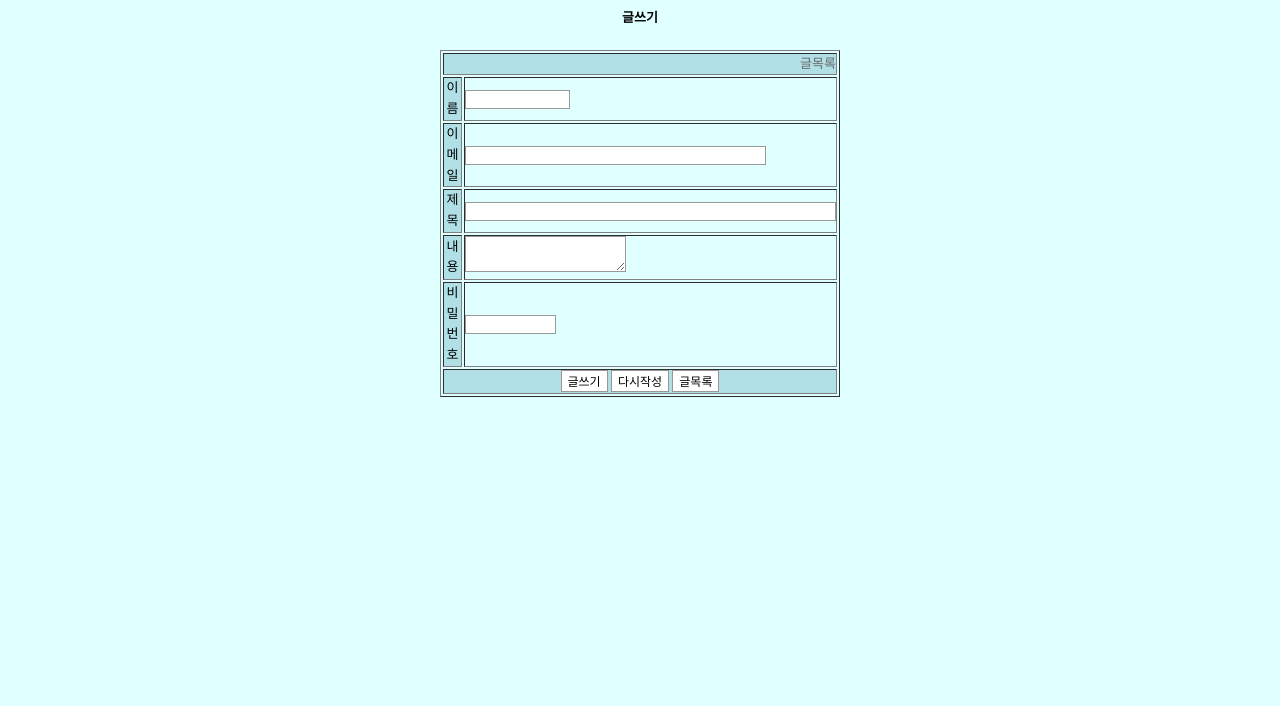
Repository: kr1124/jsp
Page: http://localhost/ServletProject/board/writeForm.jsp
An editor plug-in stored every save of this project. The page is shown before and after the next save, followed by the edit.
The browser window is 1280 px wide. The pictures show the whole page.
The page is served by Tomcat 9.

Above is the page before, as saved 2024-12-10 02:12:33.

After the next save:
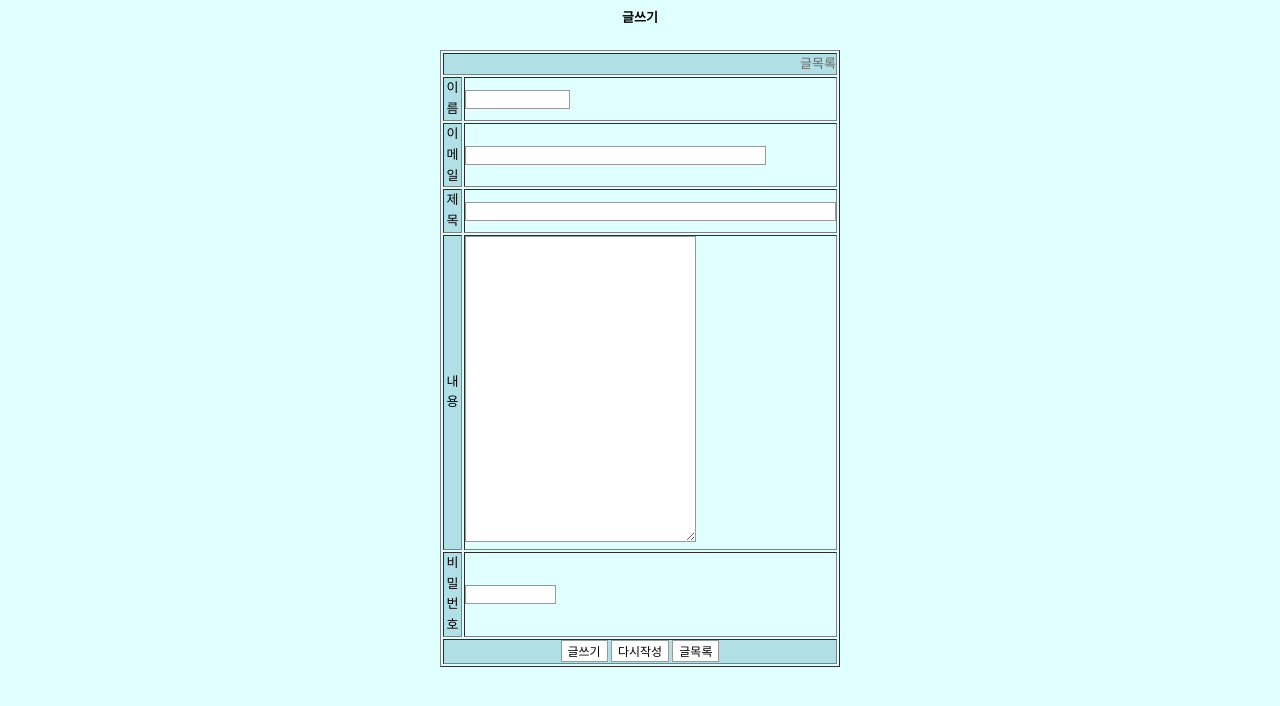
Saved 6 min 16 s later.
--- a/ServletProject/src/main/webapp/board/writeForm.jsp
+++ b/ServletProject/src/main/webapp/board/writeForm.jsp
@@ -42,7 +42,7 @@
 			<tr>
 				<td width="70" bgcolor="<%=value_c%>" align="center">내용</td>
 				<td widhh="330">
-					<textarea name="content" id="" height="200"></textarea>
+					<textarea name="content" id="" cols="30" rows="20"></textarea>
 				</td>
 			</tr>
 
